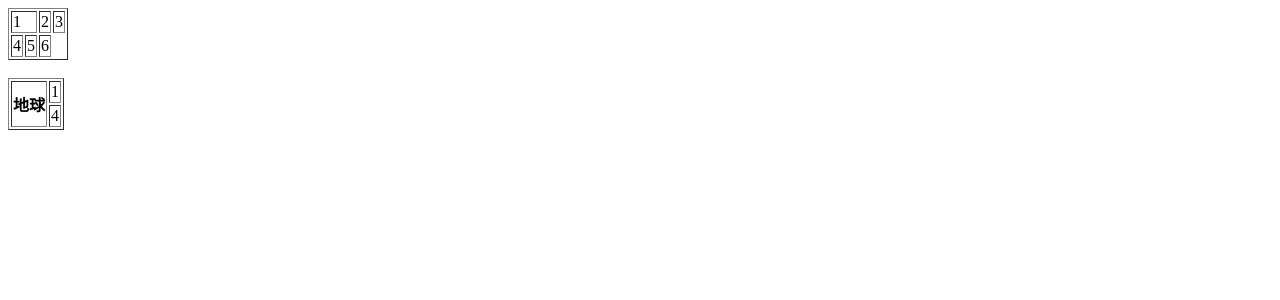
Repository: Jutta197/frontend726
Page: table.html
These files come from the project's save history. The page is drawn as it stood at one moment and after the next save; the edit follows.
The browser window is 1280 px wide. The pictures show the whole page.

Above is the page before, as saved 2023-07-27 14:12:18.

After the next save:
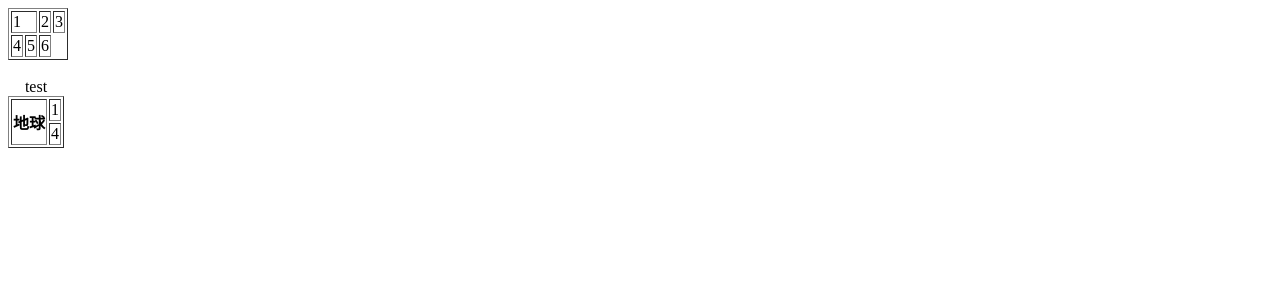
Saved 18 min 47 s later.
--- a/table.html
+++ b/table.html
@@ -23,6 +23,7 @@
     </table>
     <br>
     <table border="1">
+        <caption>test</caption>
         <tr>
             <th rowspan="2">地球</th>
             <td>1</td>
